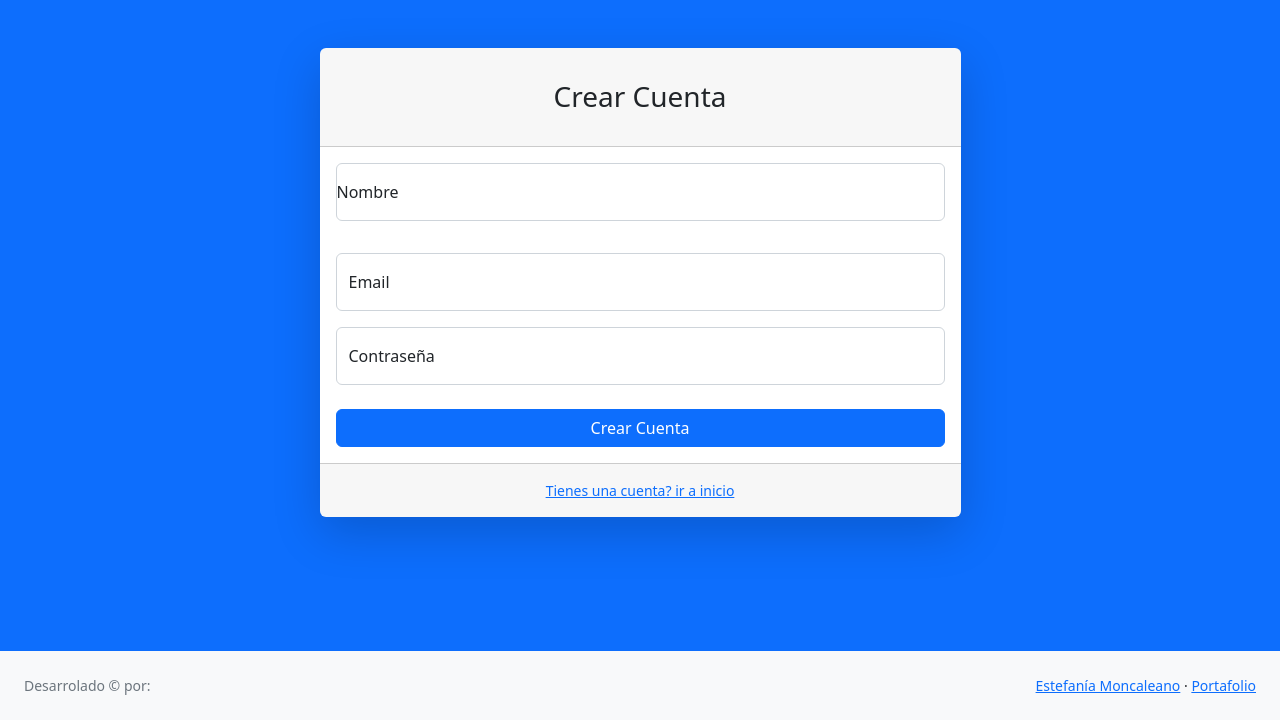
Repository: EstefaMH/Dashboard
Page: register.html
These files come from the project's save history. The page is drawn as it stood at one moment and after a run of saves; the edit follows.
The browser window is 1280 px wide. The pictures show the whole page.
Some web libraries are served in a nearby version.

Above is the page before, as saved 2023-12-29 02:43:48.

### register.html
<!DOCTYPE html>
<html lang="en">

<head>
    <meta charset="utf-8" />
    <meta http-equiv="X-UA-Compatible" content="IE=edge" />
    <meta name="viewport" content="width=device-width, initial-scale=1, shrink-to-fit=no" />
    <meta name="description" content="" />
    <meta name="author" content="" />
    <title>Registro - Admin</title>
    <link href="styles/styles.css" rel="stylesheet" />
    <script src="https://use.fontawesome.com/releases/v6.3.0/js/all.js" crossorigin="anonymous"></script>
</head>

<body class="bg-primary">
    <div id="layoutAuthentication">
        <div id="layoutAuthentication_content">
            <main>
                <div class="container">
                    <div class="row justify-content-center">
                        <div class="col-lg-7">
                            <div class="card shadow-lg border-0 rounded-lg mt-5">
                                <div class="card-header">
                                    <h3 class="text-center font-weight-light my-4">Crear Cuenta</h3>
                                </div>
                                <div class="card-body">
                                    <form class="form_register" id="form_register" name="form_register"
                                        onsubmit="submitFormRegister()">
                                        <div class="row mb-3">

                                            <div class="form-floating mb-3 ">
                                                <input required name="userName" class="form-control" id="inputFirstName"
                                                    type="text" placeholder="Enter your first name" />
                                                <label for="inputFirstName">Nombre</label>
                                            </div>


                                        </div>
                                        <div class="form-floating mb-3">
                                            <input required name="email" class="form-control" id="inputEmail"
                                                type="email" placeholder="name@example.com" />
                                            <label for="inputEmail">Email </label>
                                        </div>


                                        <div class="form-floating mb-3 ">
                                            <input name="password" class="form-control" id="inputPassword"
                                                type="password" placeholder="Create a password" />
                                            <label for="inputPassword">Contraseña</label>
                                        </div>



                                        <div class="mt-4 mb-0">
                                            <div class="d-grid">
                                                <button class="btn btn-primary btn-block">Crear
                                                    Cuenta
                                                </button>
                                            </div>
                                        </div>
                                    </form>
                                </div>
                                <div class="card-footer text-center py-3">
                                    <div class="small"><a href="dashboard.html">Tienes una cuenta? ir a inicio</a></div>
                                </div>
                            </div>
                        </div>
                    </div>
                </div>
            </main>
        </div>
        <div id="layoutAuthentication_footer">
            <footer-component></footer-component>
        </div>
    </div>
    <script src="https://cdn.jsdelivr.net/npm/bootstrap@5.2.3/dist/js/bootstrap.bundle.min.js"
        crossorigin="anonymous"></script>
    <script src="js/scripts.js"></script>
    <script src="components/Footer.js"></script>
    <script src="functions/Auth/Register.js"></script>
    <script src="services/POST/postAdmin.js"></script>
    <script src="handlers/Register.js"></script>
    <script src="models/Admin.js"></script>
</body>

</html>

### js/scripts.js
/*!
    * Start Bootstrap - SB Admin v7.0.7 (https://startbootstrap.com/template/sb-admin)
    * Copyright 2013-2023 Start Bootstrap
    * Licensed under MIT (https://github.com/StartBootstrap/startbootstrap-sb-admin/blob/master/LICENSE)
    */
    //
// Scripts
//

window.addEventListener('DOMContentLoaded', event => {

    // Toggle the side navigation
    const sidebarToggle = document.body.querySelector('#sidebarToggle');
    if (sidebarToggle) {
        // Uncomment Below to persist sidebar toggle between refreshes
        // if (localStorage.getItem('sb|sidebar-toggle') === 'true') {
        //     document.body.classList.toggle('sb-sidenav-toggled');
        // }
        sidebarToggle.addEventListener('click', event => {
            event.preventDefault();
            document.body.classList.toggle('sb-sidenav-toggled');
            localStorage.setItem('sb|sidebar-toggle', document.body.classList.contains('sb-sidenav-toggled'));
        });
    }

});

### components/Footer.js
class FooterComponent extends HTMLElement {

    constructor() {
        super();
        this.render();
    }

    render() {
        this.innerHTML =
            `
            <footer class="py-4 bg-light mt-auto">
                <div class="container-fluid px-4">
                    <div class="d-flex align-items-center justify-content-between small">
                        <div class="text-muted">Desarrolado &copy; por: </div>
                        <div>
                            <a href="https://www.linkedin.com/in/estefan%C3%ADa-moncaleano">Estefanía Moncaleano</a>
                            &middot;
                            <a href="https://portafolio-react-og8w6l76g-estefamh.vercel.app/skills">Portafolio </a>
                        </div>
                    </div>
                </div>
            </footer>
                `
    }
}

customElements.define("footer-component", FooterComponent);

### functions/Auth/Register.js
async function submitFormRegister() {

    const admin = new Admin();

    let form = new FormData(form_register)
    console.log(form);
    const jsonData = {};

    form.forEach((value, key) => {
      jsonData[key] = value;
    });

    admin.userName = jsonData['userName'];
    admin.email = jsonData['email'];
    admin.password = jsonData['password'];

    postAdmin(admin.userName,admin.password , admin.email)
    handleRegister()
  }

### services/POST/postAdmin.js
async function postAdmin(userName, password, email) {

    try {

        const baseUrl = "http://localhost:3000";

        const data = { userName, password, email }

        const headers = {

            method: "POST",
            headers: {
                "Content-Type": "application/json",
            },
            body: JSON.stringify(data),

        }

        const response = await fetch(`${baseUrl}/admin`, headers);

        return response.status;


    } catch (error) {
        console.error("Error:", error);
    }


}

### handlers/Register.js


const handleRegister = () => {
    document.getElementById("form_register")
    .action = "index.html"
}

### models/Admin.js
class Admin {

    constructor(userName, email, password) {
        this.userName = userName;
        this.email = email;
        this.password = password;
    }

    setUser(userName, email, password) {
        localStorage.setItem("userName", userName);
        localStorage.setItem("email", email);
        localStorage.setItem("password", password);
    }

    removeUser() {
        localStorage.removeItem("userName");
        localStorage.removeItem("email");
        localStorage.removeItem("password");

        location.href = ("login.html");
    }


    async findUser(email) {


        let response = getAdmin().then((data) => {

            console.log(data)
            let adminData = data.find(admin => admin.email === email);
            console.log(adminData)

            return adminData;

        })
            .catch(error => {
                console.error('Error en la solicitud:', error);
            });

        return response;
    }

    async validationCredentialsUser(emailForm, passwordForm) {

        let user = await this.findUser(emailForm);
        console.log(user);

        if (user == undefined) {

            Swal.fire({
                title: "Usuario no encontrado",
                text: "Verifica tu email o registrate",
                icon: "warning",
                showCancelButton: true,
                confirmButtonText: "Registrarme",
                cancelButtonText: "Cancelar",
                reverseButtons: true
            }).then((result) => {
                if (result.isConfirmed) {
                    location.href = "register.html";
                }
            });
        }


        let { userName, password, email } = user


        if (emailForm != email) {

            Swal.fire({
                title: "Credenciales incorrectas",
                text: "El email ingresado es incorrecto",
                icon: "error"
            });

        } else if (passwordForm != password) {
            Swal.fire({
                title: "Credenciales incorrectas",
                text: "La contraseña ingresada es incorrecta",
                icon: "error"
            });

        } else {
            location.href = "dashboard.html";
            this.setUser(userName, email, password)
        }
    }

}

Loaded but not shown: styles/styles.css (library)

After the next 4 saves:
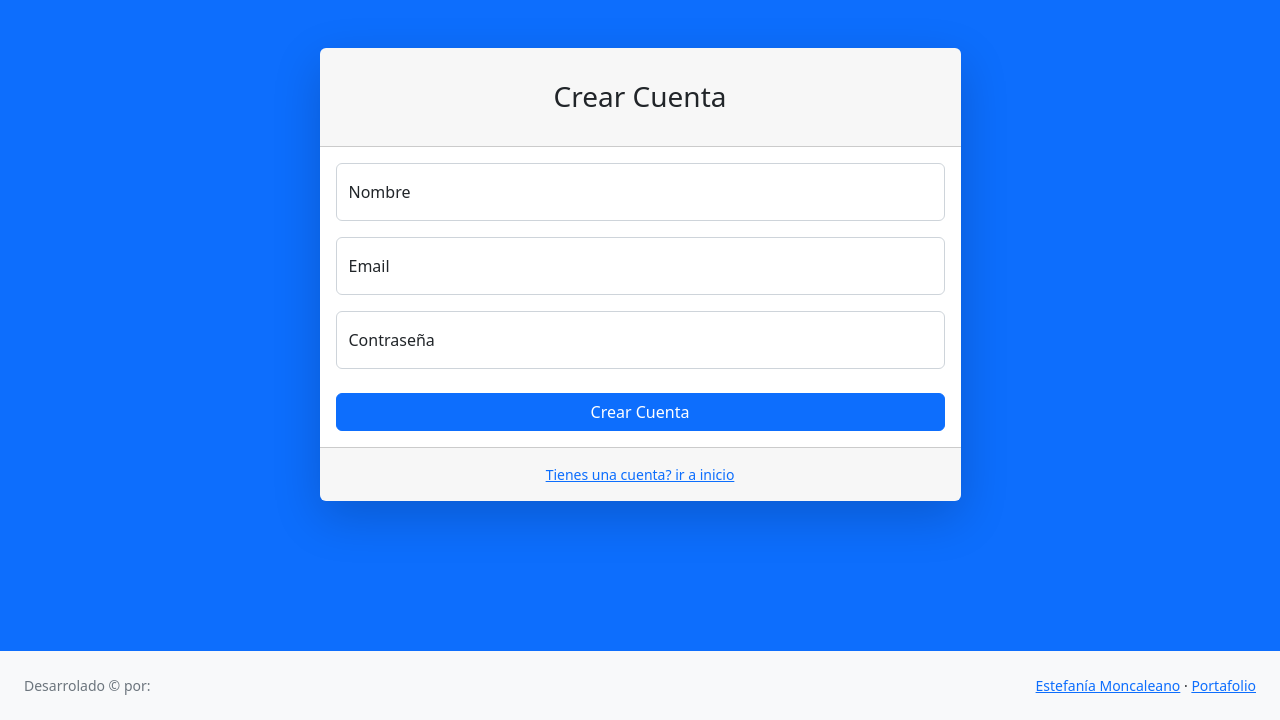
The 4 saves are shown as one change because they came seconds apart.
The last was saved 23 s later.
--- a/register.html
+++ b/register.html
@@ -26,16 +26,15 @@
                                 <div class="card-body">
                                     <form class="form_register" id="form_register" name="form_register"
                                         onsubmit="submitFormRegister()">
-                                        <div class="row mb-3">
-
-                                            <div class="form-floating mb-3 ">
-                                                <input required name="userName" class="form-control" id="inputFirstName"
-                                                    type="text" placeholder="Enter your first name" />
-                                                <label for="inputFirstName">Nombre</label>
-                                            </div>
 
 
+                                        <div class="form-floating mb-3 ">
+                                            <input required name="userName" class="form-control" id="inputFirstName"
+                                                type="text" placeholder="Enter your first name" />
+                                            <label for="inputFirstName">Nombre</label>
                                         </div>
+
+
                                         <div class="form-floating mb-3">
                                             <input required name="email" class="form-control" id="inputEmail"
                                                 type="email" placeholder="name@example.com" />
